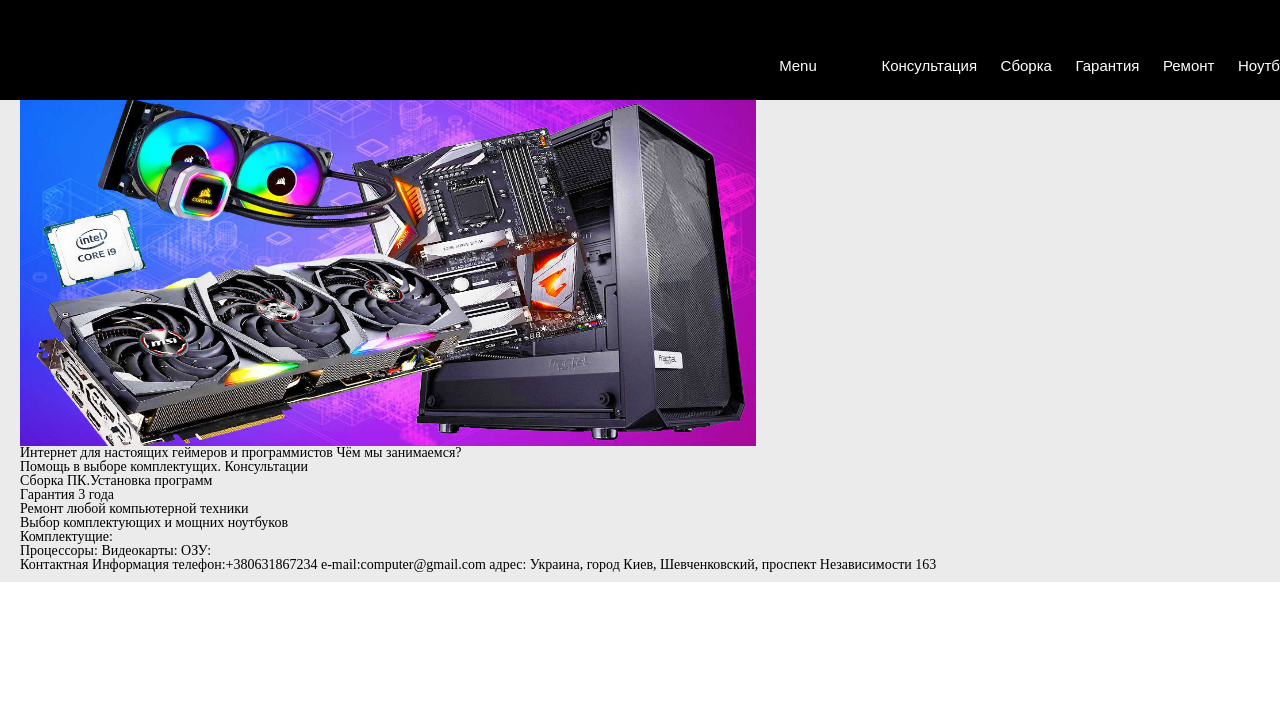
Repository: Bohdan-Sandovenko/First-Project-Flex
Page: index.html
The author's editor kept a copy of each file at every save. The page is drawn from the files as they stood at one save, then again after the next save.
The browser window is 1280 px wide. The pictures show the whole page.
The style sheet was rebuilt from its Sass, Less or Tailwind sources for each picture, by a compiler version that may differ from the author's.

Above is the page before, as saved 2024-07-26 23:02:36.

After the next save:
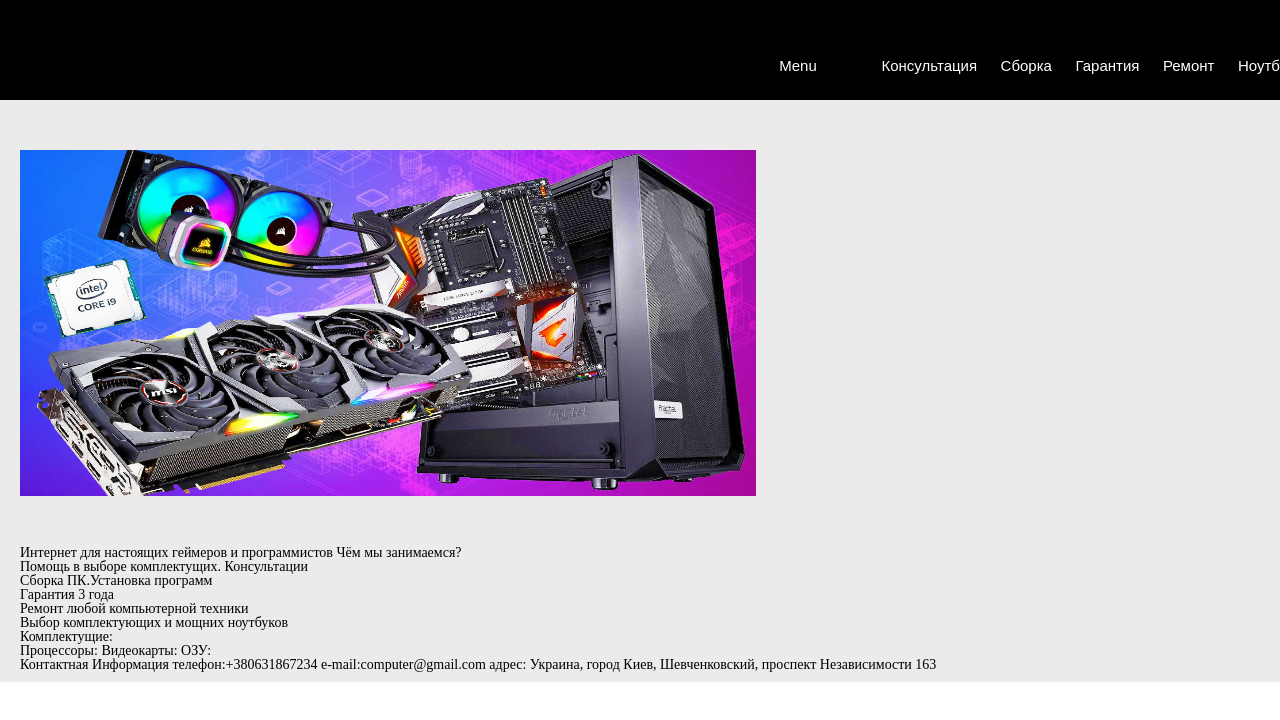
Saved 38 s later.
--- a/css/style.scss
+++ b/css/style.scss
@@ -13,7 +13,6 @@
     background-color: black;
     padding: 50px;
     position: fixed;
-    margin-bottom: 40px;
 
     .nav-links-of-top {
         position: relative;
@@ -63,6 +62,7 @@
             .content-top-image {
                 width: 736px;
                 height: 346px;
+                margin: 50px 0px 50px 0px;
             }
         }
     }
